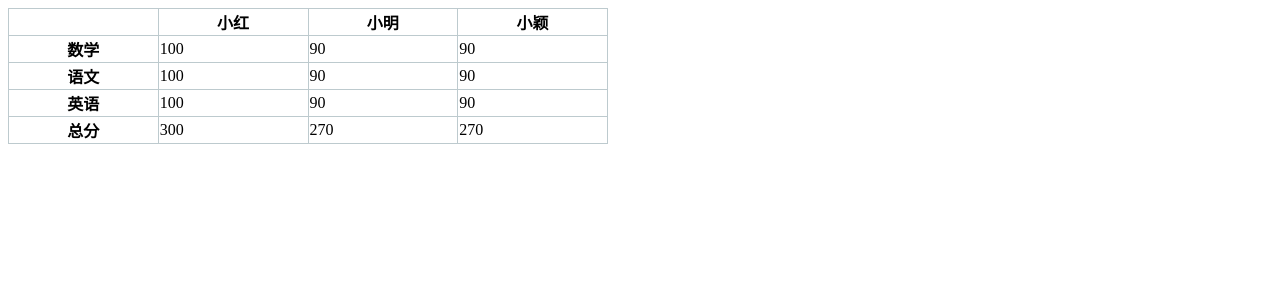
Repository: Lixianlai-2/html-demo-1
Page: table.html
An editor plug-in stored every save of this project. The page is shown before and after the next save, followed by the edit.
The browser window is 1280 px wide. The pictures show the whole page.

Above is the page before, as saved 2021-11-27 14:26:36.

After the next save:
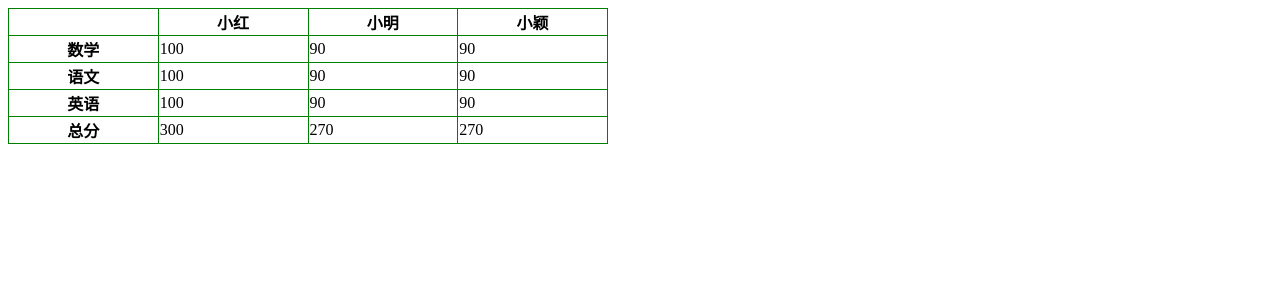
Saved 11 s later.
--- a/table.html
+++ b/table.html
@@ -14,7 +14,7 @@
       }
       td,
       th {
-        border: 1px solid rgb(189, 202, 206);
+        border: 1px solid green;
       }
     </style>
   </head>
